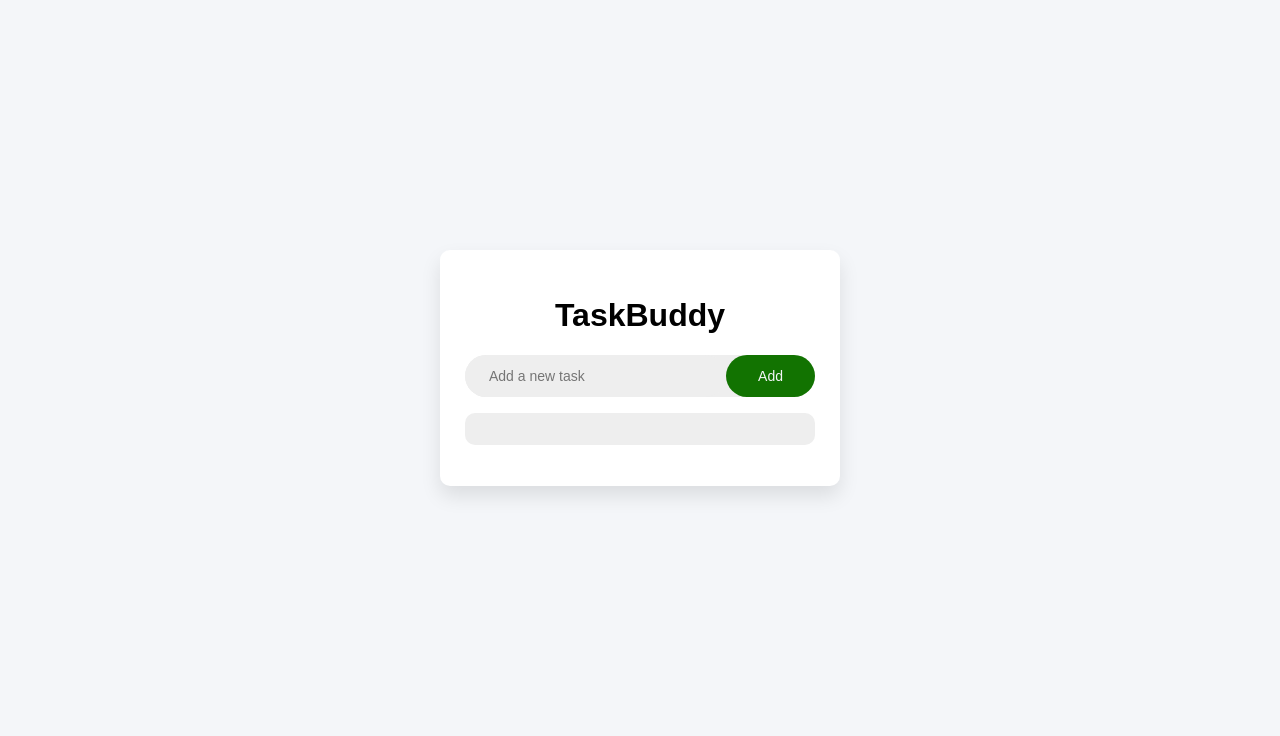
Repository: yogeshnandwani/taskbuddy-todo
Page: index.html
The author's editor kept a copy of each file at every save. The page is drawn from the files as they stood at one save, then again after the next save.
The browser window is 1280 px wide. The pictures show the whole page.

Above is the page before, as saved 2026-03-16 19:14:50.

After the next save:
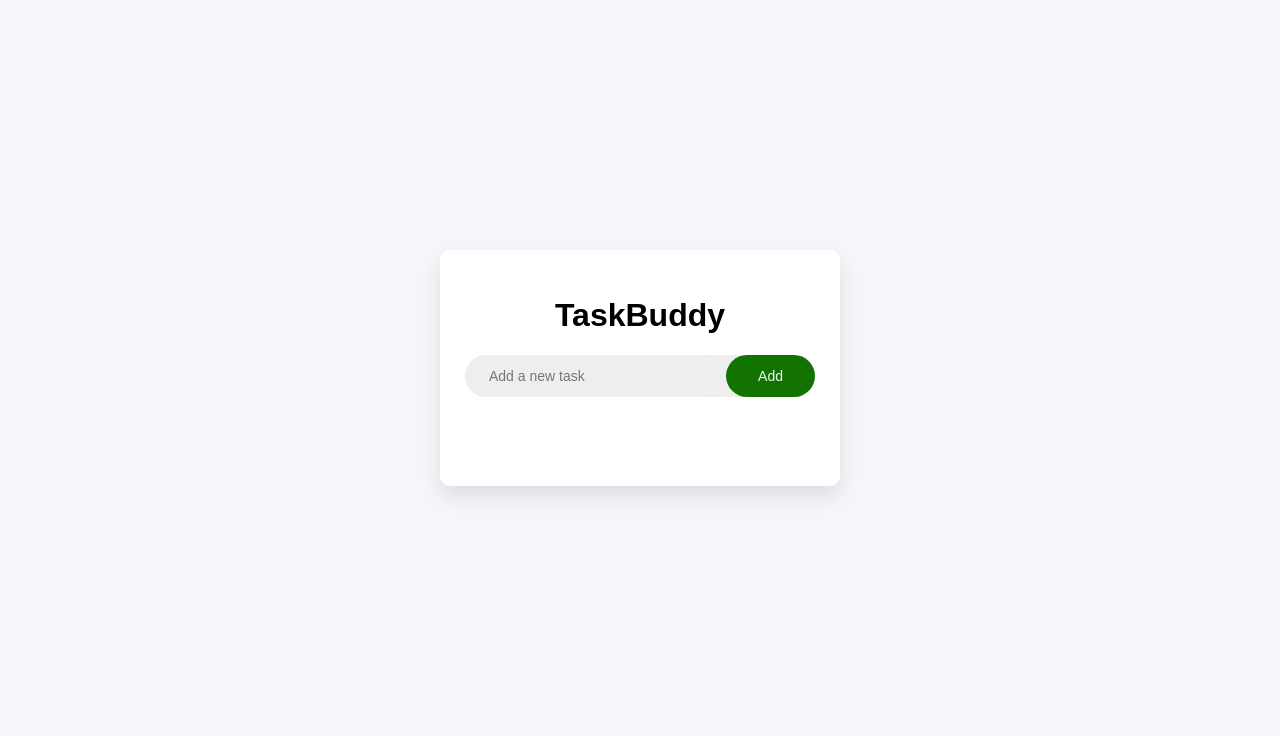
Saved 98 s later.
--- a/css/style.css
+++ b/css/style.css
@@ -50,7 +50,6 @@ input:focus{
 }
 
 ul{
-    background-color: #eee;
     border-radius: 10px;
     display: flex;
     padding: 1rem;
